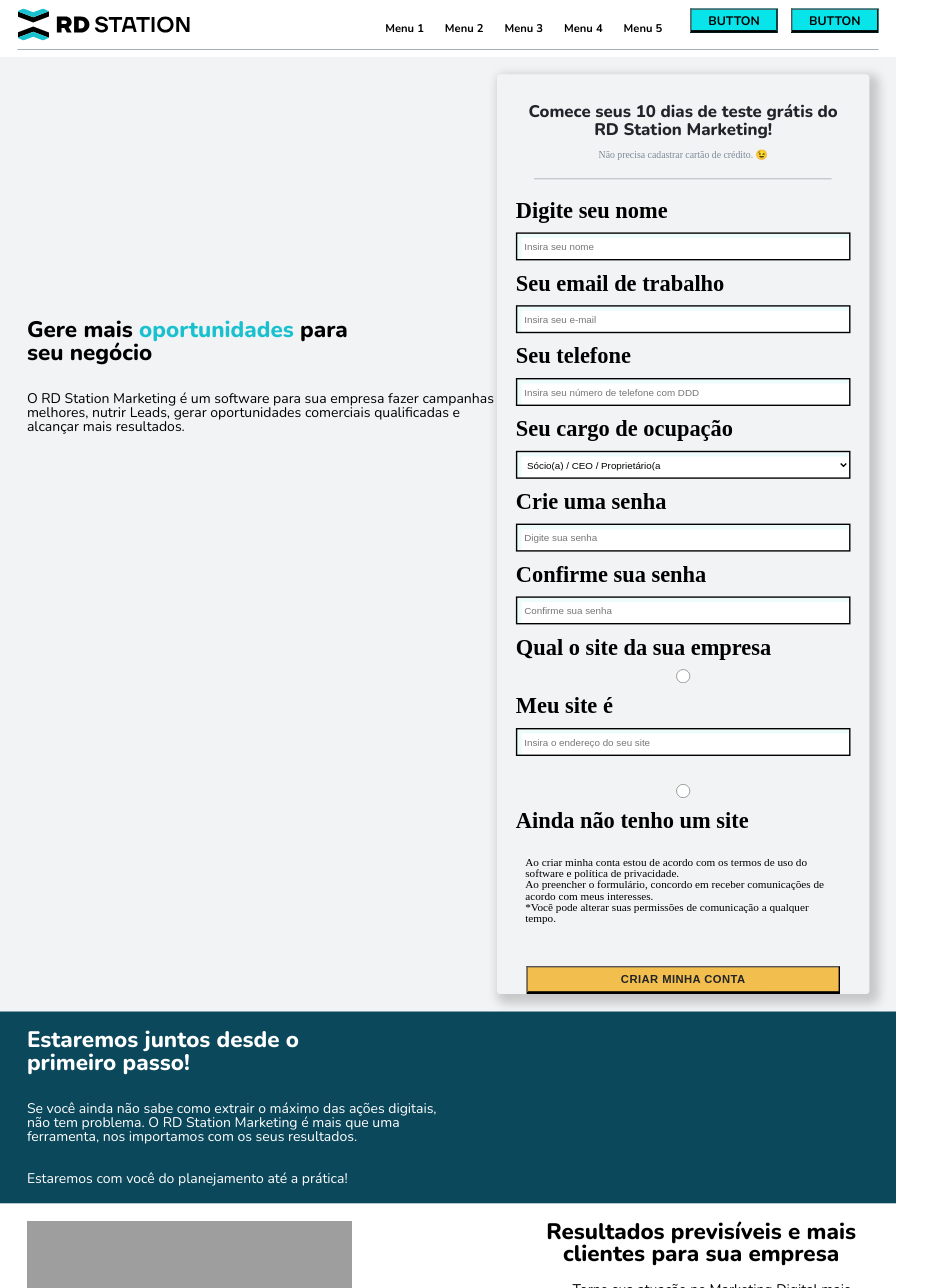
Repository: LarisseLima/rd
Page: index.html
The author's editor kept a copy of each file at every save. The page is drawn from the files as they stood at one save, then again after the next save.
The browser window is 1280 px wide. The page is 1356 px wide, so the pictures cover 1356 px, including what lies to the right of the window. The pictures show the part of the page from y = 0 to 1840 px (the page is 4697 px tall before and 4681 px after), at 70% of full size.
Pictures or frames that could not be fetched are drawn as grey boxes.

Above is the page before, as saved 2021-07-27 14:19:39.

After the next save:
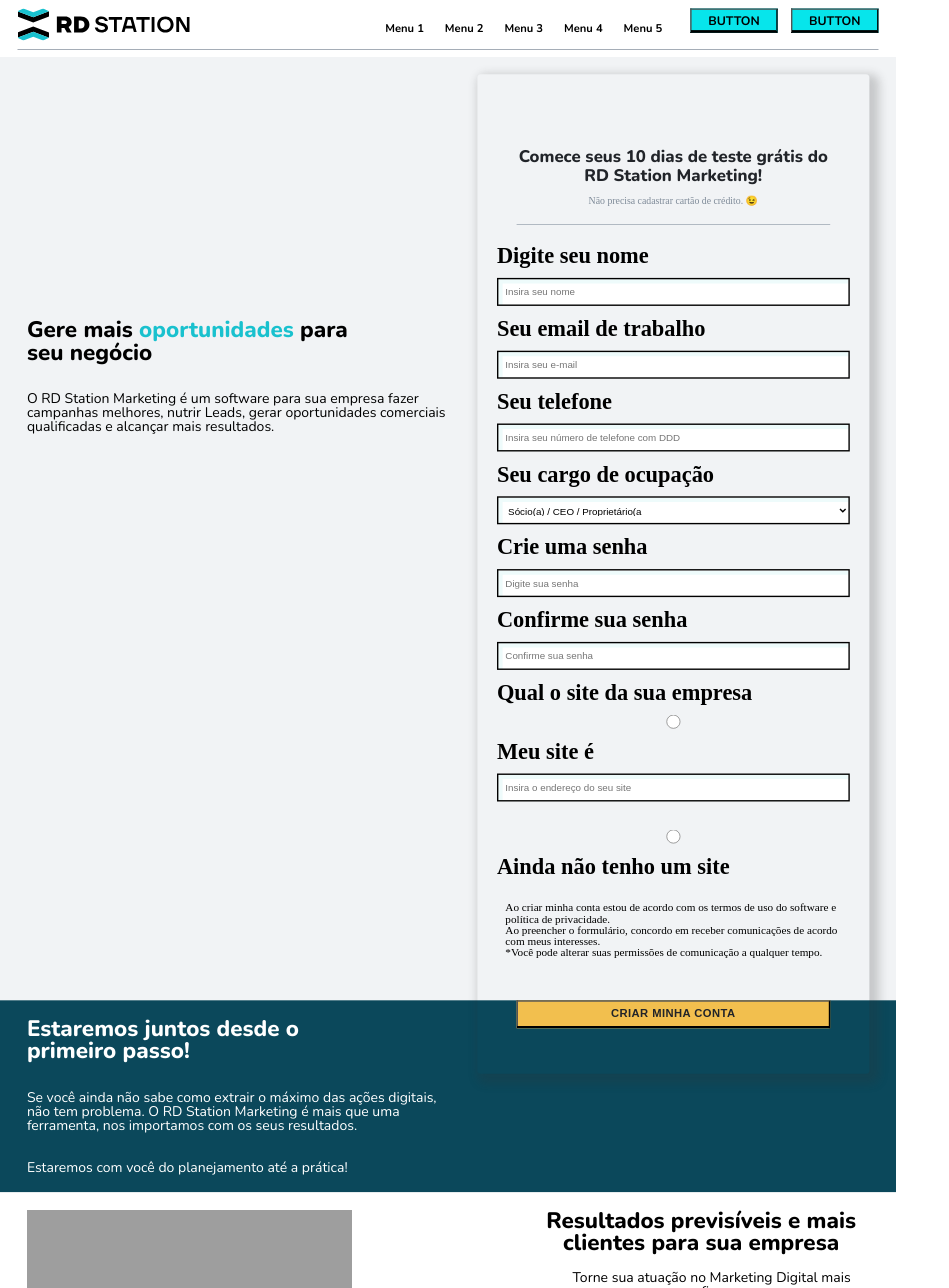
Saved 24 s later.
--- a/css/style.css
+++ b/css/style.css
@@ -112,8 +112,8 @@
 form{
   border-radius: 5px;
   box-shadow: 7px 7px 13px 7px rgba(50, 50, 50, 0.22);
-  width: 100%;
-  height: 100%;
+  width: 110%;
+  height: 110%;
   display: flex;
   align-items: center;
   justify-content: center;
